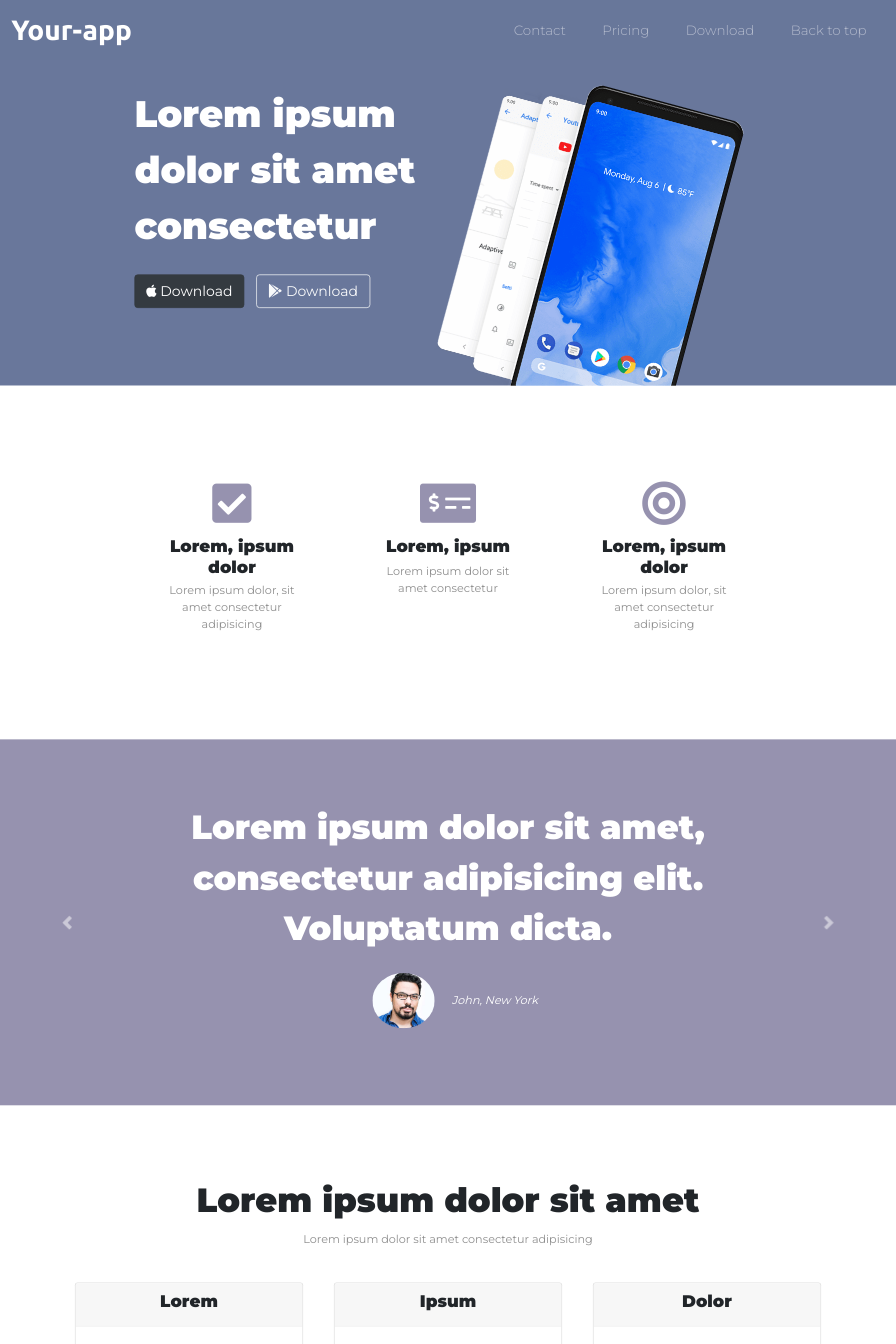
Repository: Isanderr/Simple_landing_page_2-Bootstrap4
Page: index.html
These files come from the project's save history. The page is drawn as it stood at one moment and after the next save; the edit follows.
The browser window is 1280 px wide. The pictures show the part of the page from y = 0 to 1920 px (the page is 3125 px tall), at 70% of full size.
Some web libraries are served in a nearby version.

Above is the page before, as saved 2019-02-03 21:12:29.

### index.html
<!DOCTYPE html>
<html>

  <head>
    <meta charset="utf-8">
    <meta name="viewport" content="width=device-width, initial-scale=1, shrink-to-fit=no">
    <title>App-landingpage</title>
    <link rel="stylesheet" href="https://stackpath.bootstrapcdn.com/bootstrap/4.2.1/css/bootstrap.min.css" integrity="sha384-GJzZqFGwb1QTTN6wy59ffF1BuGJpLSa9DkKMp0DgiMDm4iYMj70gZWKYbI706tWS"
      crossorigin="anonymous">
    <link rel="stylesheet" href="https://use.fontawesome.com/releases/v5.7.1/css/all.css" integrity="sha384-fnmOCqbTlWIlj8LyTjo7mOUStjsKC4pOpQbqyi7RrhN7udi9RwhKkMHpvLbHG9Sr"
      crossorigin="anonymous">
    <link href="https://fonts.googleapis.com/css?family=Montserrat:300,400,900|Ubuntu:400,700" rel="stylesheet">
    <link rel="stylesheet" href="css/styles.css">
  </head>

  <body>
    <section id="title">
      <div class="container-fluid">
        <!-- Nav Bar -->
        <nav class="navbar navbar-expand-lg navbar-dark fixed-top ">
          <a class="navbar-brand" href="">Your-app</a>
          <button class="navbar-toggler" type="button" data-toggle="collapse" data-target="#navbarTogglerDemo02">
            <span class="navbar-toggler-icon"></span>
          </button>
          <div class="collapse navbar-collapse" id="navbarTogglerDemo02">
            <ul class="navbar-nav ml-auto">
              <li class="nav-item">
                <a class="nav-link" href="#footer">Contact</a>
              </li>
              <li class="nav-item">
                <a class="nav-link" href="#pricing">Pricing</a>
              </li>
              <li class="nav-item">
                <a class="nav-link" href="#cta">Download</a>
              </li>
              <li class="nav-item">
                <a class="nav-link" href="#title">Back to top</a>
              </li>
            </ul>
          </div>
        </nav>
        <!-- Title -->
        <div class="row">
          <div class="col-lg-6">
            <h1 class="big-heading">Lorem ipsum dolor sit amet consectetur</h1>
            <button type="button" class="btn btn-dark btn-lg download-btn"><i class="fab fa-apple"></i> Download</button>
            <button type="button" class="btn btn-outline-light btn-lg download-btn"><i class="fab fa-google-play"></i>
              Download</button>
          </div>
          <div class="col-lg-6">
            <img src="images/android-phone.png" alt="andoind-phone" class="title-img">
          </div>
        </div>
      </div>
    </section>
    <!-- Features -->
    <section id="features">
      <div class="row">
        <div class="feature-box col-lg-4">
          <i class="fas fa-check-square fa-4x icon"></i>
          <h3>Lorem, ipsum dolor</h3>
          <p>Lorem ipsum dolor, sit amet consectetur adipisicing</p>
        </div>
        <div class="feature-box col-lg-4">
          <i class="fas fa-money-check-alt fa-4x icon"></i>
          <h3>Lorem, ipsum</h3>
          <p>Lorem ipsum dolor sit amet consectetur</p>
        </div>
        <div class="feature-box col-lg-4">
          <i class="fas fa-bullseye fa-4x icon"></i>
          <h3>Lorem, ipsum dolor</h3>
          <p>Lorem ipsum dolor, sit amet consectetur adipisicing</p>
        </div>
      </div>
    </section>
    <!-- Testimonials -->
    <section id="testimonials">
      <div id="testimonial-carousel" class="carousel slide" data-ride="false">
        <div class="carousel-inner">
          <div class="carousel-item active">
            <h2>Lorem ipsum dolor sit amet, consectetur adipisicing elit. Voluptatum dicta.</h2>
            <img class="testimonial-img" src="images/men.jpg" alt="men-profile">
            <em>John, New York</em>
          </div>
          <div class="carousel-item">
            <h2 class="testimonial-text">Lorem ipsum dolor sit amet consectetur adipisicing elit. Nostrum, excepturi.</h2>
            <img class="testimonial-img" src="images/woman.jpg" alt="lady-profile">
            <em>Beverly, Illinois</em>
          </div>
        </div>
        <a class="carousel-control-prev" href="#testimonial-carousel" role="button" data-slide="prev">
          <span class="carousel-control-prev-icon"></span>
        </a>
        <a class="carousel-control-next" href="#testimonial-carousel" role="button" data-slide="next">
          <span class="carousel-control-next-icon"></span>
        </a>
      </div>
    </section>
    <!-- Press -->
    <!-- <section id="press">
      <img class="press-logo" src="images/techcrunch.png" alt="tc-logo">
      <img class="press-logo" src="images/tnw.png" alt="tnw-logo">
      <img class="press-logo" src="images/mashable.png" alt="mashable-logo">
      <img class="press-logo" src="images/bizinsider.png" alt="biz-insider-logo">
    </section> -->
    <!-- Pricing -->
    <section id="pricing">
      <h2>Lorem ipsum dolor sit amet</h2>
      <p>Lorem ipsum dolor sit amet consectetur adipisicing</p>
      <div class="row">
        <div class="pricing-column col-lg-4 col-md-6">
          <div class="card">
            <div class="card-header">
              <h3>Lorem</h3>
            </div>
            <div class="card-body">
              <h2>Free</h2>
              <p>5 Matches Per Day</p>
              <p>10 Messages Per Day</p>
              <p>Unlimited App Usage</p>
              <button class="btn btn-lg btn-block btn-outline-dark" type="button">Sign Up</button>
            </div>
          </div>
        </div>
        <div class="pricing-column col-lg-4 col-md-6">
          <div class="card">
            <div class="card-header">
              <h3>Ipsum</h3>
            </div>
            <div class="card-body">
              <h2>$49 / mo</h2>
              <p>Unlimited Matches</p>
              <p>Unlimited Messages</p>
              <p>Unlimited App Usage</p>
              <button class="btn btn-lg btn-block btn-dark" type="button">Sign Up</button>
            </div>
          </div>
        </div>
        <div class="pricing-column col-lg-4 col-md-12">
          <div class="card">
            <div class="card-header">
              <h3>Dolor</h3>
            </div>
            <div class="card-body">
              <h2>$99 / mo</h2>
              <p>Pirority Listing</p>
              <p>Unlimited Matches</p>
              <p>Unlimited Messages</p>
              <p>Unlimited App Usage</p>
              <button class="btn btn-lg btn-block btn-dark" type="button">Sign Up</button>
            </div>
          </div>
        </div>
      </div>
    </section>
    <!-- Call to Action -->
    <section id="cta">
      <h3 class="cta-heading">Lorem ipsum dolor sit amet consectetur</h3>
      <button class="btn btn-lg btn-dark download-btn" type="button"><i class="fab fa-apple"></i> Download</button>
      <button class="btn btn-outline-light btn-lg download-btn" type="button"><i class="fab fa-google-play"></i>
        Download</button>
    </section>
    <!-- Footer -->
    <footer id="footer">
      <i class="social-icon fab fa-facebook-square"></i>
      <i class="social-icon fab fa-twitter-square"></i>
      <i class="social-icon fab fa-instagram"></i>
      <i class="social-icon fas fa-envelope"></i>
      <p>© Copyright 2019 Łukasz Cendrowski</p>
    </footer>
    <script src="https://code.jquery.com/jquery-3.3.1.slim.min.js" integrity="sha384-q8i/X+965DzO0rT7abK41JStQIAqVgRVzpbzo5smXKp4YfRvH+8abtTE1Pi6jizo"
      crossorigin="anonymous"></script>
    <script src="https://cdnjs.cloudflare.com/ajax/libs/popper.js/1.14.6/umd/popper.min.js" integrity="sha384-wHAiFfRlMFy6i5SRaxvfOCifBUQy1xHdJ/yoi7FRNXMRBu5WHdZYu1hA6ZOblgut"
      crossorigin="anonymous"></script>
    <script src="https://stackpath.bootstrapcdn.com/bootstrap/4.2.1/js/bootstrap.min.js" integrity="sha384-B0UglyR+jN6CkvvICOB2joaf5I4l3gm9GU6Hc1og6Ls7i6U/mkkaduKaBhlAXv9k"
      crossorigin="anonymous"></script>
  </body>

</html>

### css/styles.css

/* fonts */
/* font-family: 'Ubuntu', sans-serif;
font-family: 'Montserrat', sans-serif; */

/* colors */
/* #d7eaea
#acdbdf
#9692af
#69779b */

body {
    font-family: 'Montserrat', sans-serif;
}

h1, h2, h3, h4, h5, h6 {
    font-family: 'Montserrat', sans-serif;
    font-weight: 900;
}

h2 {
    font-size: 3rem;
    line-height: 1.5;
}

h3 {
    font-size: 1.5rem;
}

p {
    color: #8f8f8f;
}





/* headings */

.big-heading {
    font-family: 'Montserrat', sans-serif;
    font-weight: 900;
    font-size: 3.3rem;
    line-height: 1.5;
}

#title {
    padding-top: 86px;
    background-color: #69779b;
    color: #ffffff;
}

.container-fluid{
    padding: 3% 15% 7%;
}
/* Nav */

.navbar {
    background-color:rgba(105, 119, 155, 0.9);
}

.navbar-brand{
    font-family: 'Ubuntu', sans-serif;
    font-size: 2.5rem;
    font-weight: 900;
}

.nav-item {
    padding: 0 18px;
}

.nav-link {
    font-size: 1.2rem;
    font-weight: 300;
}

/* download buttons */

.download-btn {
    margin: 5% 3% 5% 0;
}

/* title img */

.title-img {
    max-width: 75%;
    transform: rotate(15deg);
    position: absolute;
    right: 20%;
}

/* features */

#features {
    padding: 7% 15%;
    background-color: #ffffff;
    position: relative;

}

.feature-box {
    text-align: center;
    padding: 5%;
}
.icon {
    color: #9692af;
    margin-bottom: 1rem;
}

.icon:hover {
    color: #69779b;
}

/* testimonial */

#testimonials {
    text-align: center;
    background-color: #9692af;
    color: #ffffff;
}

.testimonial-img {
    width: 10%;
    border-radius: 100%;
    margin: 20px;
}

.carousel-item {
    padding: 7% 15%;
}

/* #press {
    background-color: #9692af;
    text-align: center;
    padding-bottom: 3%;
}

.press-logo {
    width: 15%;
    margin: 20px 20px 50px;
} */

/* pricing */

#pricing {
    padding: 100px;
    text-align: center;
}

.pricing-column {
padding: 3% 2%;
}

/* cta */

#cta {
    background-color: #69779b;
    color: #ffffff;
    padding: 7% 15%;
    text-align: center;
}

.cta-heading {
    font-family: 'Montserrat', sans-serif;
    font-weight: 900;
    font-size: 3.5rem;
    line-height: 1.5;
}

/* footer */

#footer {
    padding: 7% 15%;
    text-align: center;
}

.social-icon {
    margin: 20px 10px;
}



@media only screen and (max-width: 1086px) {

    #title {
        text-align: center;
    }
    .title-img {
        position: static;
        transform: rotate(0);
    }
}

After the next save:
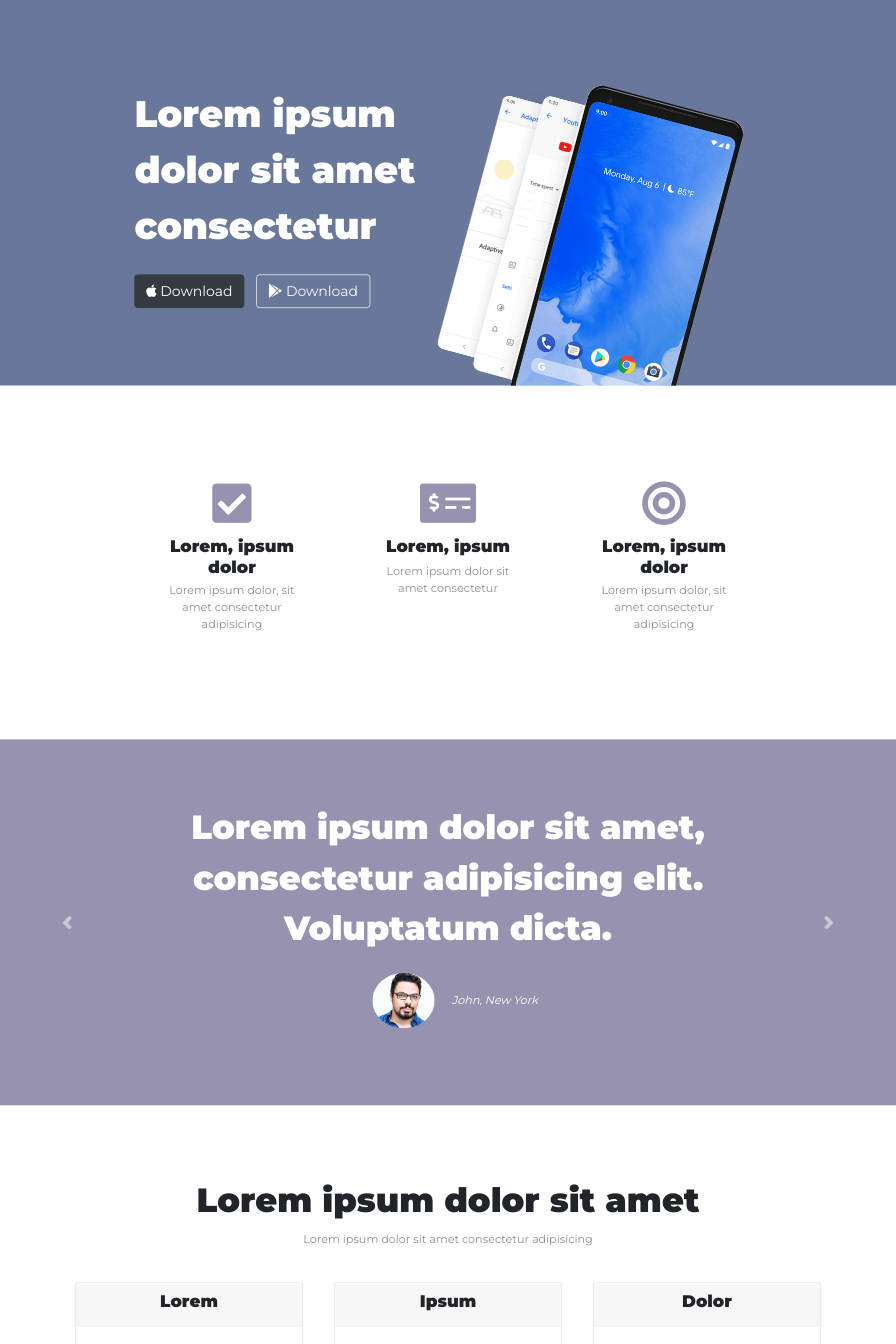
Saved 90 s later.
--- a/index.html
+++ b/index.html
@@ -17,7 +17,7 @@
     <section id="title">
       <div class="container-fluid">
         <!-- Nav Bar -->
-        <nav class="navbar navbar-expand-lg navbar-dark fixed-top ">
+        <!-- <nav class="navbar navbar-expand-lg navbar-dark fixed-top ">
           <a class="navbar-brand" href="">Your-app</a>
           <button class="navbar-toggler" type="button" data-toggle="collapse" data-target="#navbarTogglerDemo02">
             <span class="navbar-toggler-icon"></span>
@@ -38,7 +38,7 @@
               </li>
             </ul>
           </div>
-        </nav>
+        </nav> -->
         <!-- Title -->
         <div class="row">
           <div class="col-lg-6">

After the save that followed:
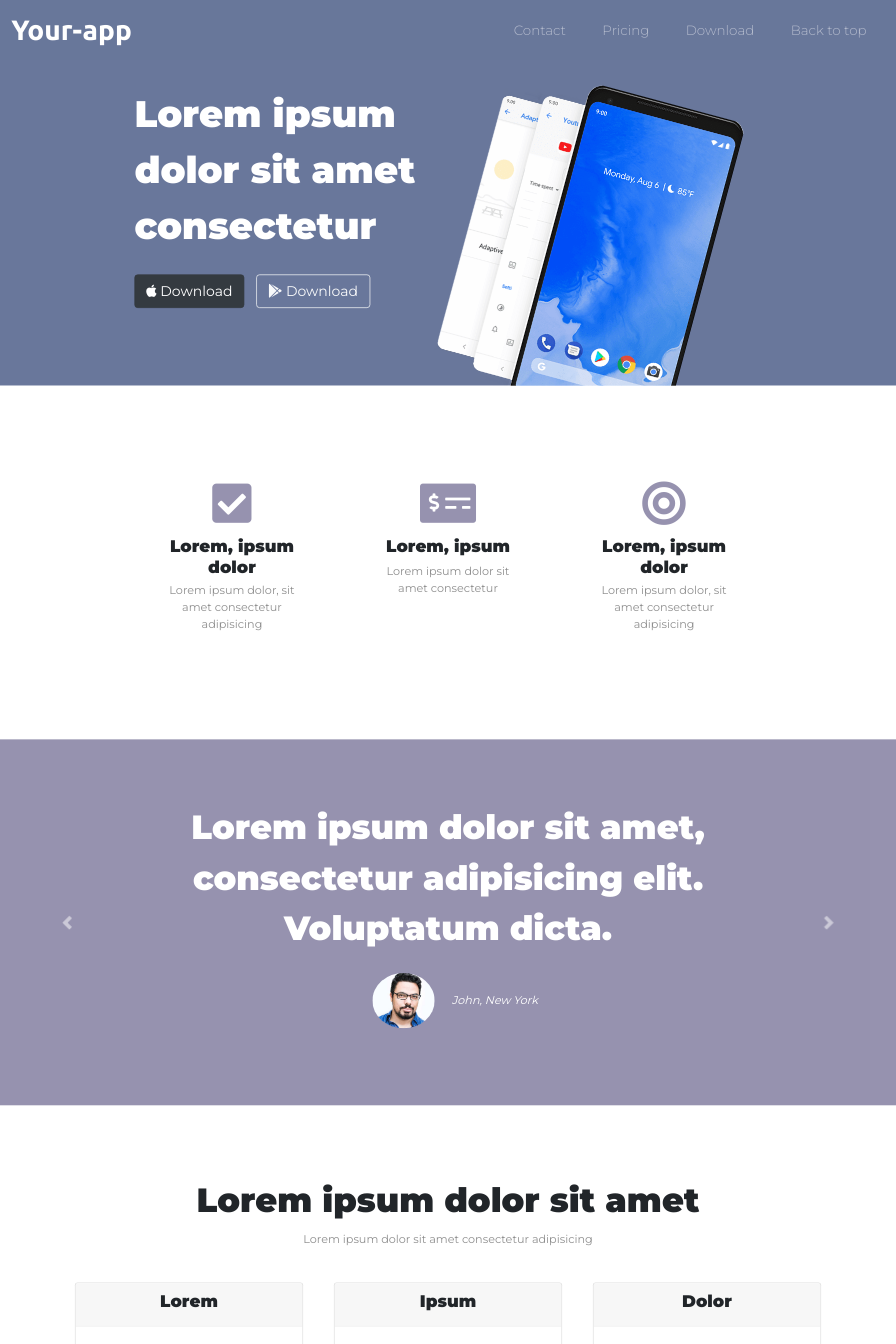
Saved 48 s later.
--- a/index.html
+++ b/index.html
@@ -17,7 +17,7 @@
     <section id="title">
       <div class="container-fluid">
         <!-- Nav Bar -->
-        <!-- <nav class="navbar navbar-expand-lg navbar-dark fixed-top ">
+        <nav class="navbar navbar-expand-lg navbar-dark fixed-top ">
           <a class="navbar-brand" href="">Your-app</a>
           <button class="navbar-toggler" type="button" data-toggle="collapse" data-target="#navbarTogglerDemo02">
             <span class="navbar-toggler-icon"></span>
@@ -38,7 +38,7 @@
               </li>
             </ul>
           </div>
-        </nav> -->
+        </nav>
         <!-- Title -->
         <div class="row">
           <div class="col-lg-6">
